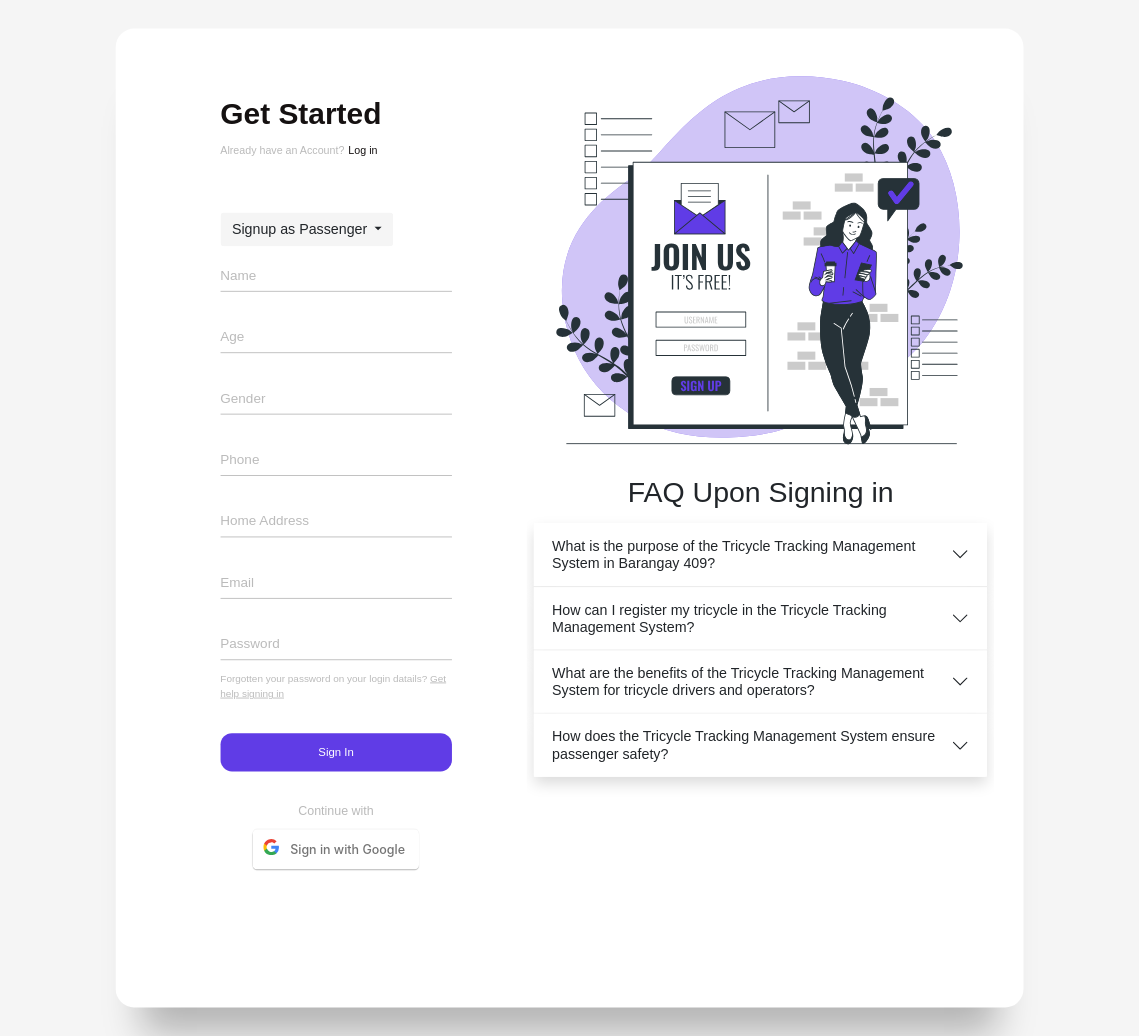
Repository: adrcstro/plate-to-place
Page: http://localhost/Loginsystem/Passenger.php
The author's editor kept a copy of each file at every save. The page is drawn from the files as they stood at one save, then again after the next save.
The browser window is 1280 px wide. The pictures show the whole page, at 89% of full size.
Some web fonts or font styles are not loaded; a fallback is used. Some web libraries are served in a nearby version. The page is run by PHP 8.4 with error messages shown; the project is at /var/www/html/.

Above is the page before, as saved 2023-10-31 15:42:44.

After the next save:
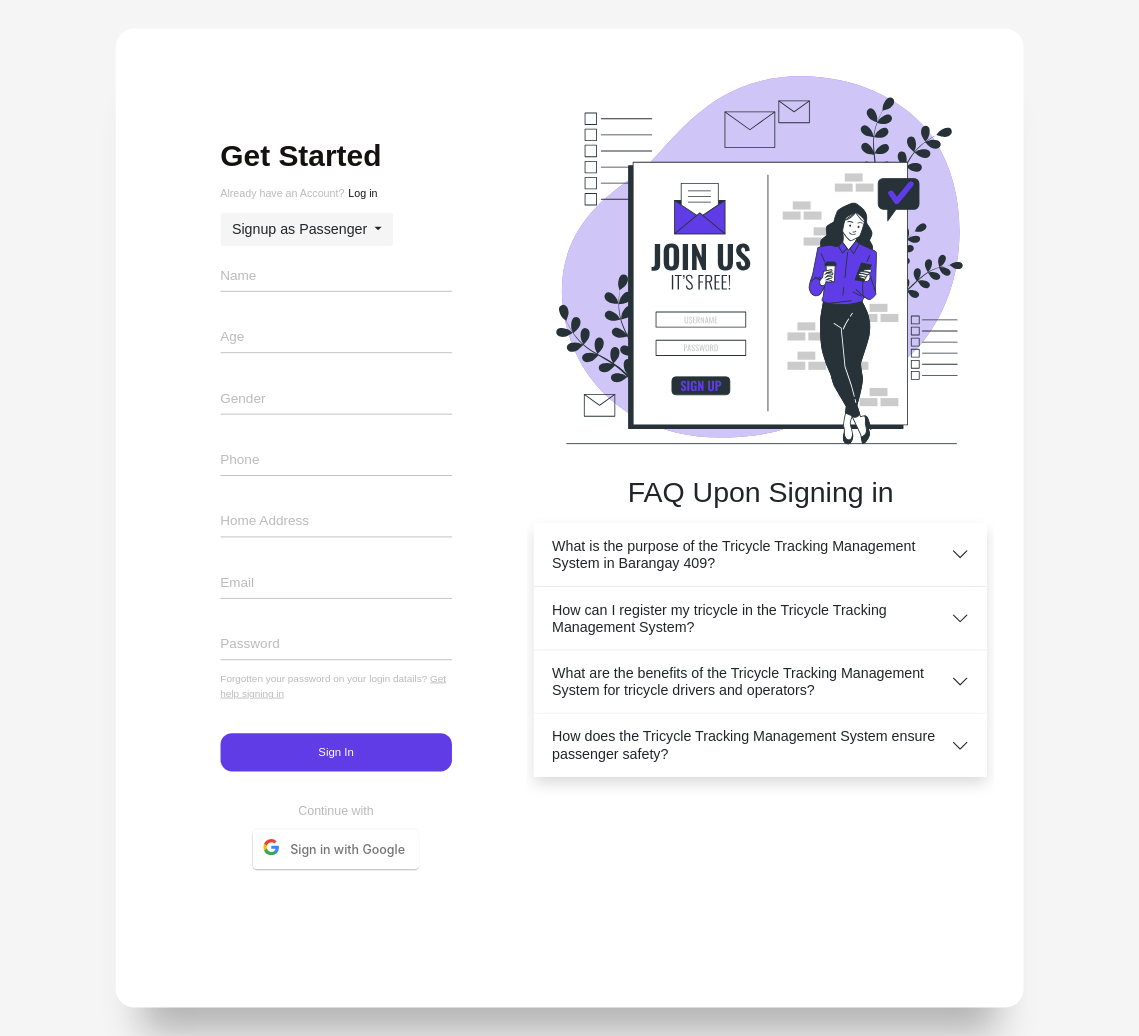
Saved 7 s later.
--- a/Loginsystem/passenger.css
+++ b/Loginsystem/passenger.css
@@ -411,7 +411,7 @@ margin-top: -4rem;
 
 .heading{
   position: relative; /* or any other position value that suits your layout */
-  top: 3rem;
+  top: 6rem;
 }
 
 
